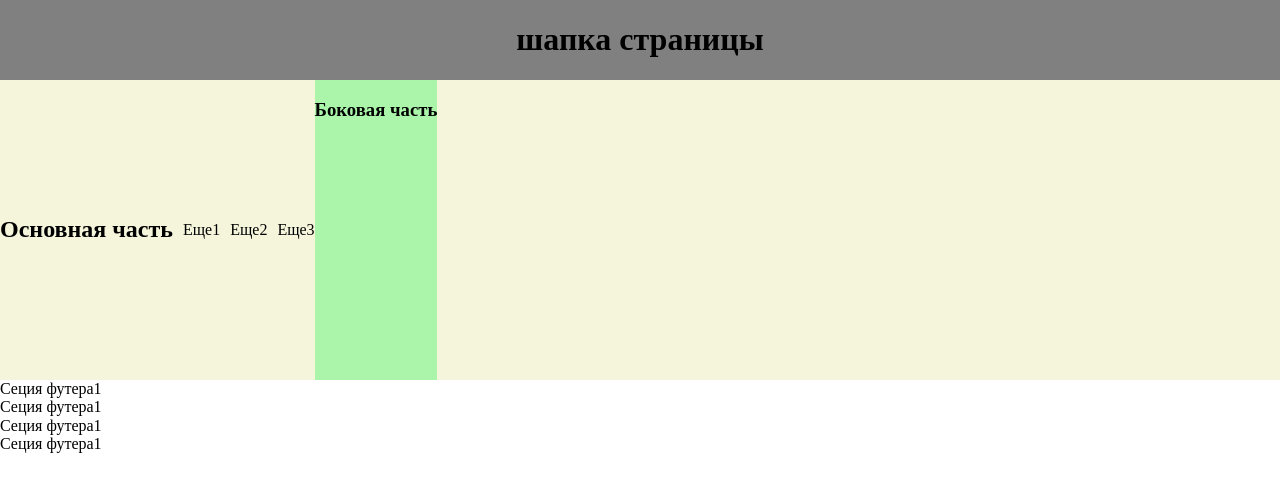
Repository: IrinaGetmanenko/week5
Page: week5/index.html
These files come from the project's save history. The page is drawn as it stood at one moment and after the next save; the edit follows.
The browser window is 1280 px wide. The pictures show the whole page.

Above is the page before, as saved 2022-08-28 12:16:54.

### week5/index.html
<!DOCTYPE html>
<html lang="en">
<head>
    <meta charset="UTF-8">
    <meta http-equiv="X-UA-Compatible" content="IE=edge">
    <meta name="viewport" content="width=device-width, initial-scale=1.0">
    <link rel="stylesheet" href="normalize.css">
    <title>Document</title>
    <style>
        .h1{
           display: flex;
           justify-content: center;
           height: 80px;
           background-color: gray;
        }

        .container1{
            display: flex;
            height: 300px;
            background-color: beige;
            justify-content: flex-start;
            align-items: center;
        }
        .main1{
           flex-basis: 10px;

        }
        .main2{
            flex-basis: 10px;



}
       .main3{
        flex-basis: 10px;

}

.aside{

    height: 300px;
    background-color: rgb(170, 245, 170);



}
    </style>
</head>
<body>
    <header>
        <div class="h1">
            <h1>шапка страницы</h1>
    </header>

    <main>
        <div class="container1"><h2>Основная часть</h2>

        <div class="main1"></div>
        <p>Еще1</p>

        <div class="main2"></div>
        <p>Еще2</p>

        <div class="main3"></div>
        <p>Еще3</p>
        <div class="aside"><h3>Боковая часть</h3>

        </div>
    </div>

    </main>



    <footer>
        <div>Сеция футера1</div>
        <div>Сеция футера1</div>
        <div>Сеция футера1</div>
        <div>Сеция футера1</div>
    </footer>


</body>
</html>

Loaded but not shown: week5/normalize.css (library)

After the next save:
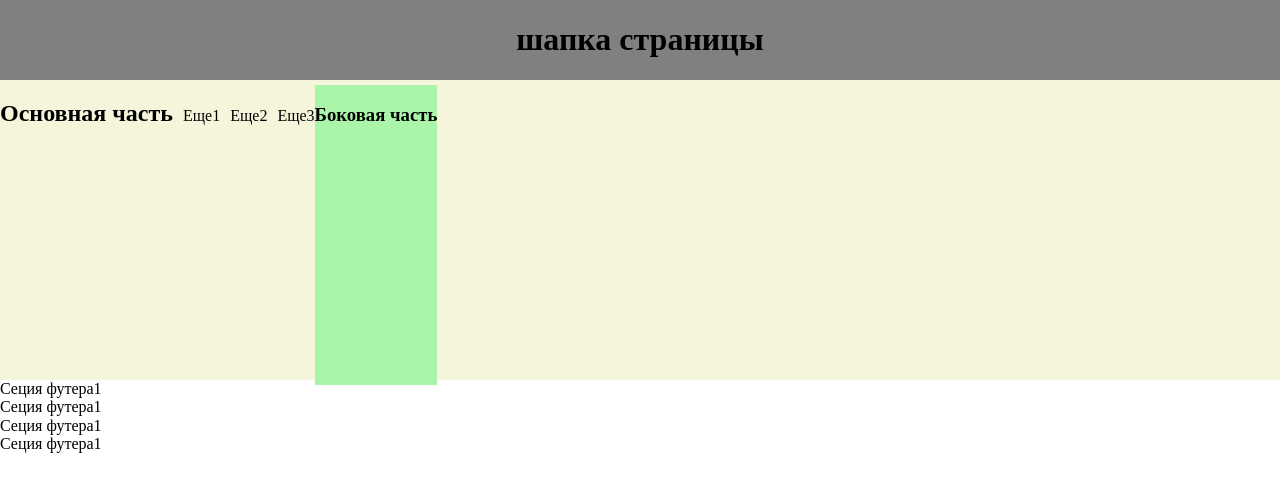
Saved 17 s later.
--- a/week5/index.html
+++ b/week5/index.html
@@ -19,7 +19,7 @@
             height: 300px;
             background-color: beige;
             justify-content: flex-start;
-            align-items: center;
+            align-items: baseline;
         }
         .main1{
            flex-basis: 10px;
